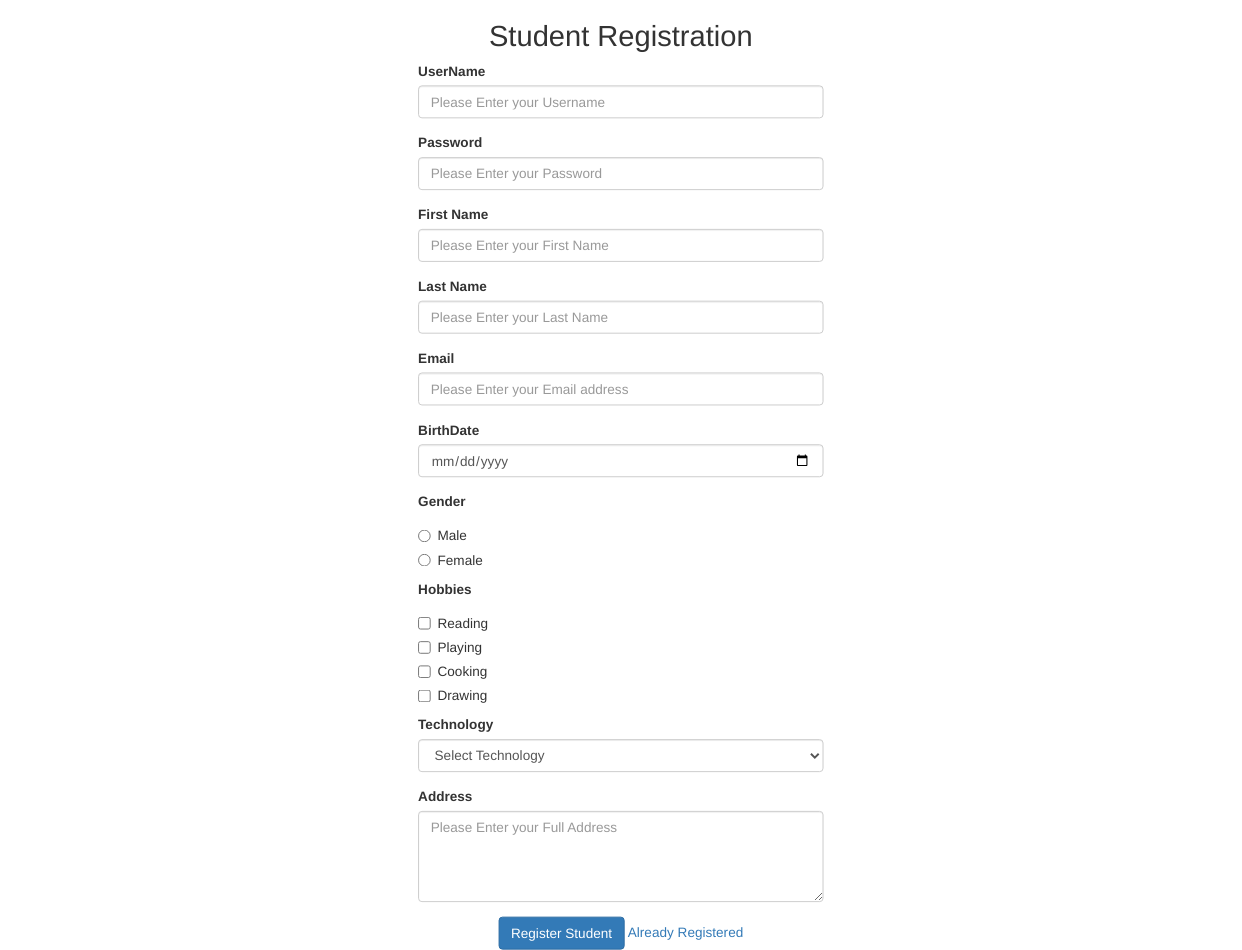
Repository: krutishilp/Sample
Page: http://localhost/couponandproductproject/createCoupon.jsp
These files come from the project's save history. The page is drawn as it stood at one moment and after the next save; the edit follows.
The browser window is 1280 px wide. The pictures show the whole page, at 97% of full size.
The page is served by Tomcat 9. Other server files are loaded and not shown.

Above is the page before, as saved 2020-09-04 05:28:27.

### JAVA-Eclipse-workspace/couponandproductproject/src/main/webapp/createCoupon.jsp
<!DOCTYPE html>
<html>
<head>
<meta charset="ISO-8859-1">
<title>Register</title>
<link rel="stylesheet"
	href="https://maxcdn.bootstrapcdn.com/bootstrap/3.3.7/css/bootstrap.min.css"
	integrity="sha384-BVYiiSIFeK1dGmJRAkycuHAHRg32OmUcww7on3RYdg4Va+PmSTsz/K68vbdEjh4u"
	crossorigin="anonymous">
<style type="text/css">
.container {
	width: 35%;
	align-content: center;
}
</style>

</head>
<body>
	<div class="container">

		<form action="register" method="post">
			<h2 class="text-center">Student Registration</h2>
			<div class="form-group">
				<label for="username">UserName</label> <input type="text"
					class="form-control" name="userName" id="username" required
					placeholder="Please Enter your Username">
			</div>
			<div class="form-group">
				<label for="pass">Password</label> <input type="password"
					class="form-control" name="password" id="pass" required
					placeholder="Please Enter your Password">
			</div>

			<div class="form-group">
				<label for="fname">First Name</label> <input type="text"
					class="form-control" name="fName" id="fname" required
					placeholder="Please Enter your First Name">
			</div>

			<div class="form-group">
				<label for="lname">Last Name</label> <input type="text"
					class="form-control" name="lName" id="lname" required
					placeholder="Please Enter your Last Name">
			</div>

			<div class="form-group">
				<label for="emailId">Email</label> <input type="email"
					class="form-control" name="email" id="emailId" required
					placeholder="Please Enter your Email address">
			</div>

			<div class="form-group">
				<label for="bdate">BirthDate</label> <input type="date"
					class="form-control" name="birthDate" id="bdate" required>
			</div>
			<div>
				<label>Gender</label>
				<div class="radio">
					<label><input type="radio" name="gender" value="Male"
						required>Male </label>
				</div>
				<div class="radio">
					<label><input type="radio" name="gender" value="Female">Female
					</label>
				</div>
			</div>
			<div>
				<label>Hobbies</label>
				<div class="checkbox">
					<label><input type="checkbox" name="hobbies"
						value="Reading">Reading </label>
				</div>
				<div class="checkbox">
					<label><input type="checkbox" name="hobbies"
						value="Playing">Playing </label>
				</div>
				<div class="checkbox">
					<label><input type="checkbox" name="hobbies"
						value="Cooking">Cooking </label>
				</div>

				<div class="checkbox">
					<label><input type="checkbox" name="hobbies"
						value="Playing">Drawing </label>
				</div>
			</div>
			<div class="form-group">
				<label for="tech">Technology</label> <select name="technology"
					class="form-control" id="tech">
					<option>Select Technology</option>
					<option value="C">C</option>
					<option value="C++">C++</option>
					<option value="Java">Core Java</option>
					<option value="Python">Python</option>
					<option value="Web">Web Technologies</option>
				</select>
			</div>

			<div class="form-group">
				<label for="addr">Address</label>
				<textarea name="address" class="form-control" rows="4" id="addr"
					required placeholder="Please Enter your Full Address"></textarea>
			</div>

			<div class="text-center">
				<input type="submit" class="btn btn-primary"
					value="Register Student"> <a class="text-primary"
					href="index.jsp">Already Registered</a>
			</div>
		</form>
	</div>

</body>
</html>

After the next save:
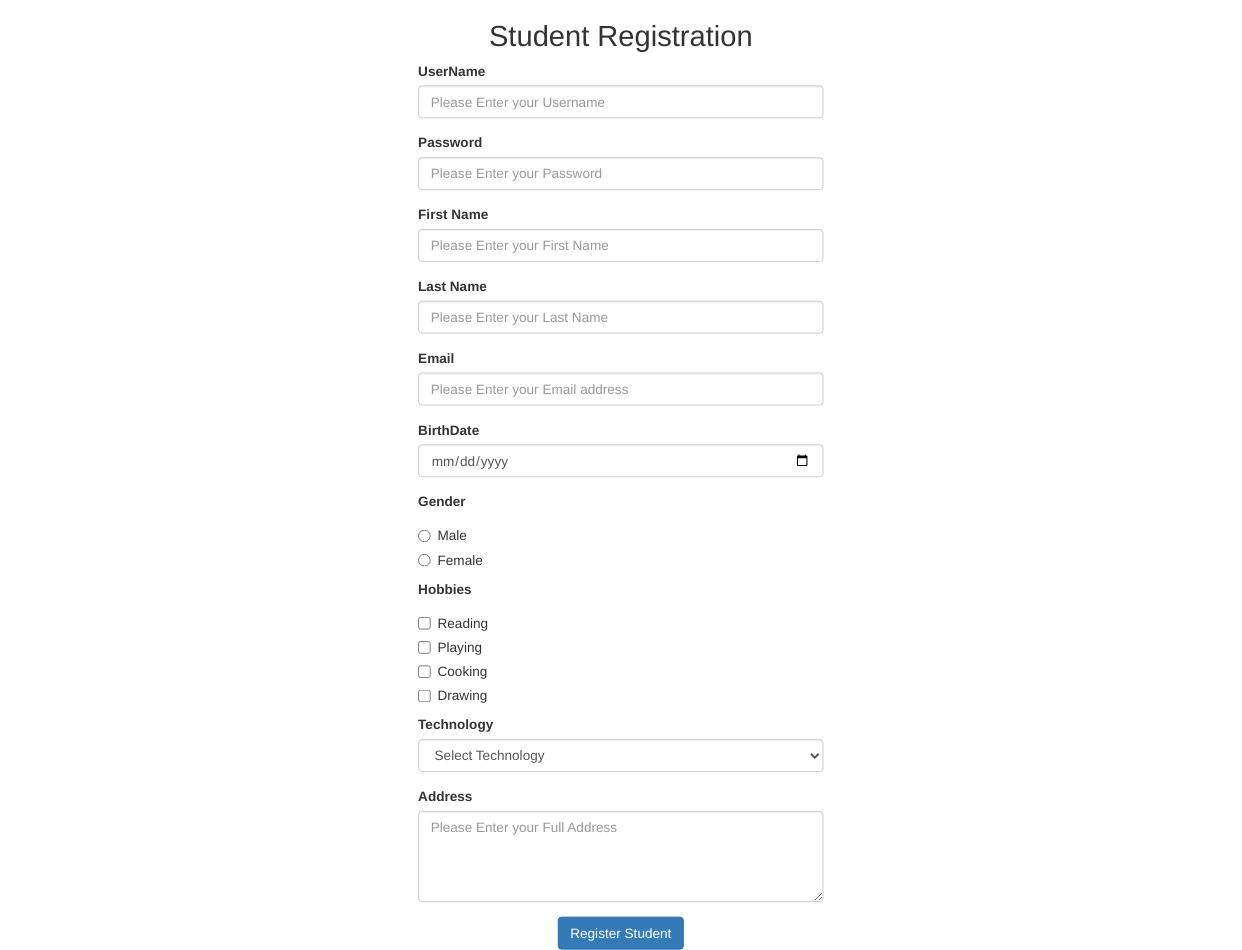
Saved 8 s later.
--- a/JAVA-Eclipse-workspace/couponandproductproject/src/main/webapp/createCoupon.jsp
+++ b/JAVA-Eclipse-workspace/couponandproductproject/src/main/webapp/createCoupon.jsp
@@ -104,8 +104,7 @@
 
 			<div class="text-center">
 				<input type="submit" class="btn btn-primary"
-					value="Register Student"> <a class="text-primary"
-					href="index.jsp">Already Registered</a>
+					value="Register Student">
 			</div>
 		</form>
 	</div>
